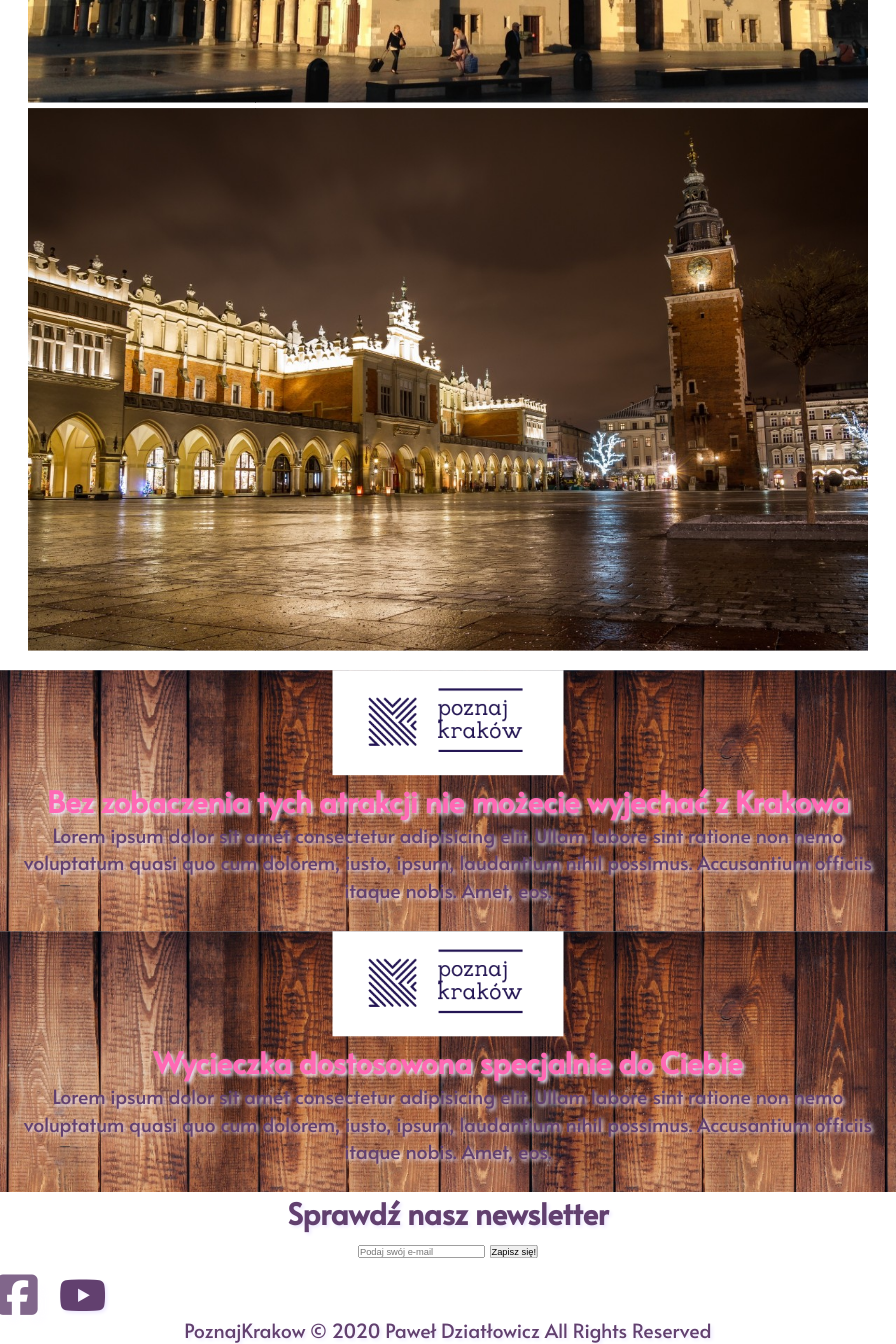
Repository: DZIALEK/projekt1
Page: projekt1.html
An editor plug-in stored every save of this project. The page is shown before and after the next save, followed by the edit.
The browser window is 1280 px wide. The pictures show the part of the page from y = 2828 to 4748 px (the page is 4748 px tall), at 70% of full size.
The pointer rests on the first visible `.social-media i`.
Some icons come from a web library that is not loaded, so they are not drawn. A picture or video elsewhere on the page could not be fetched, so the positions and the page height are approximate. Some web libraries are served in a nearby version.

Above is the page before, as saved 2020-07-15 00:50:33.

After the next save:
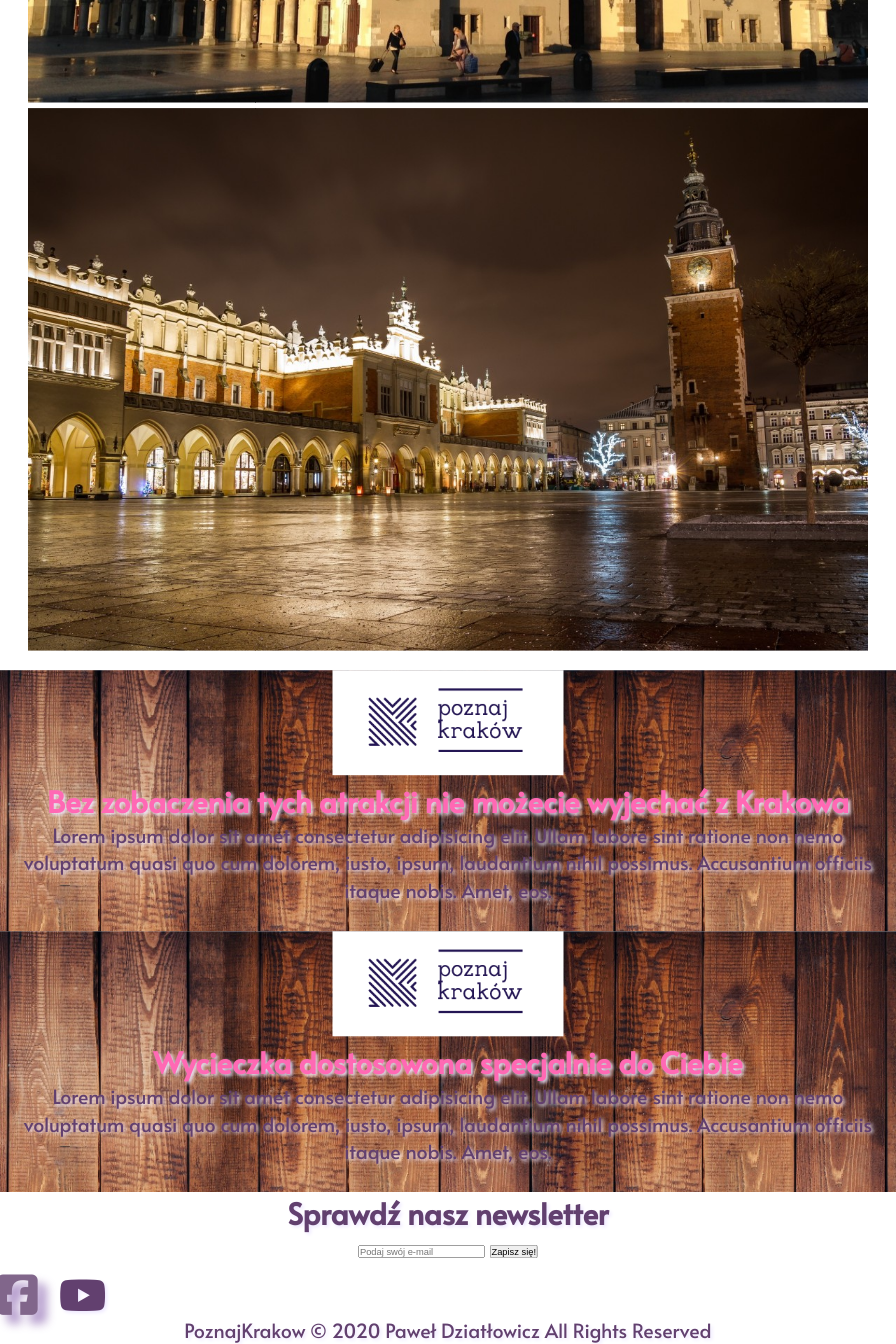
Saved 19 s later.
--- a/projekt1.css
+++ b/projekt1.css
@@ -182,7 +182,7 @@ nav a:hover {
 .social-media i:hover {
     /* color: #ff792b; */
     opacity: 0.8;
-    text-shadow: #fefdff 0.2em 0.2em 0.2em;
+    text-shadow: #a587c2 0.2em 0.2em 0.2em;
     transform: scale(1.1,1.1);
     transition-duration: 250ms;
     transition-timing-function: ease-out;
